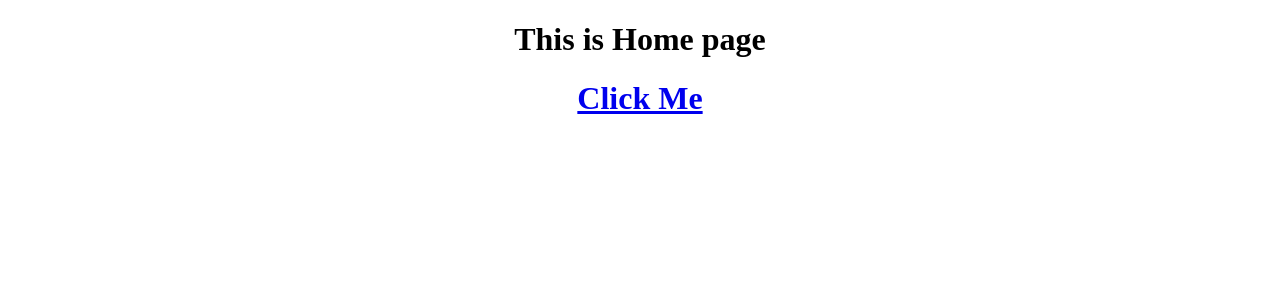
Repository: Hashim-Ansari-82/Servlet-And-JSP
Page: 2nd-Servlet-Demo/src/main/webapp/index.html
These files come from the project's save history. The page is drawn as it stood at one moment and after the next save; the edit follows.
The browser window is 1280 px wide. The pictures show the whole page.

Above is the page before, as saved 2026-06-03 17:55:35.

After the next save:
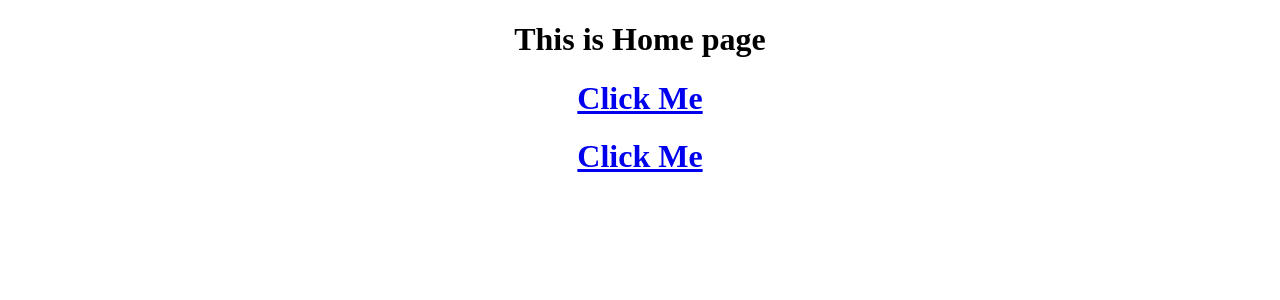
Saved 36 s later.
--- a/2nd-Servlet-Demo/src/main/webapp/index.html
+++ b/2nd-Servlet-Demo/src/main/webapp/index.html
@@ -10,6 +10,9 @@
 <h1>
 <a href="first">Click Me</a>
 </h1>
+<h1>
+<a href="second">Click Me</a>
+</h1>
 </div>
 </body>
 </html>
